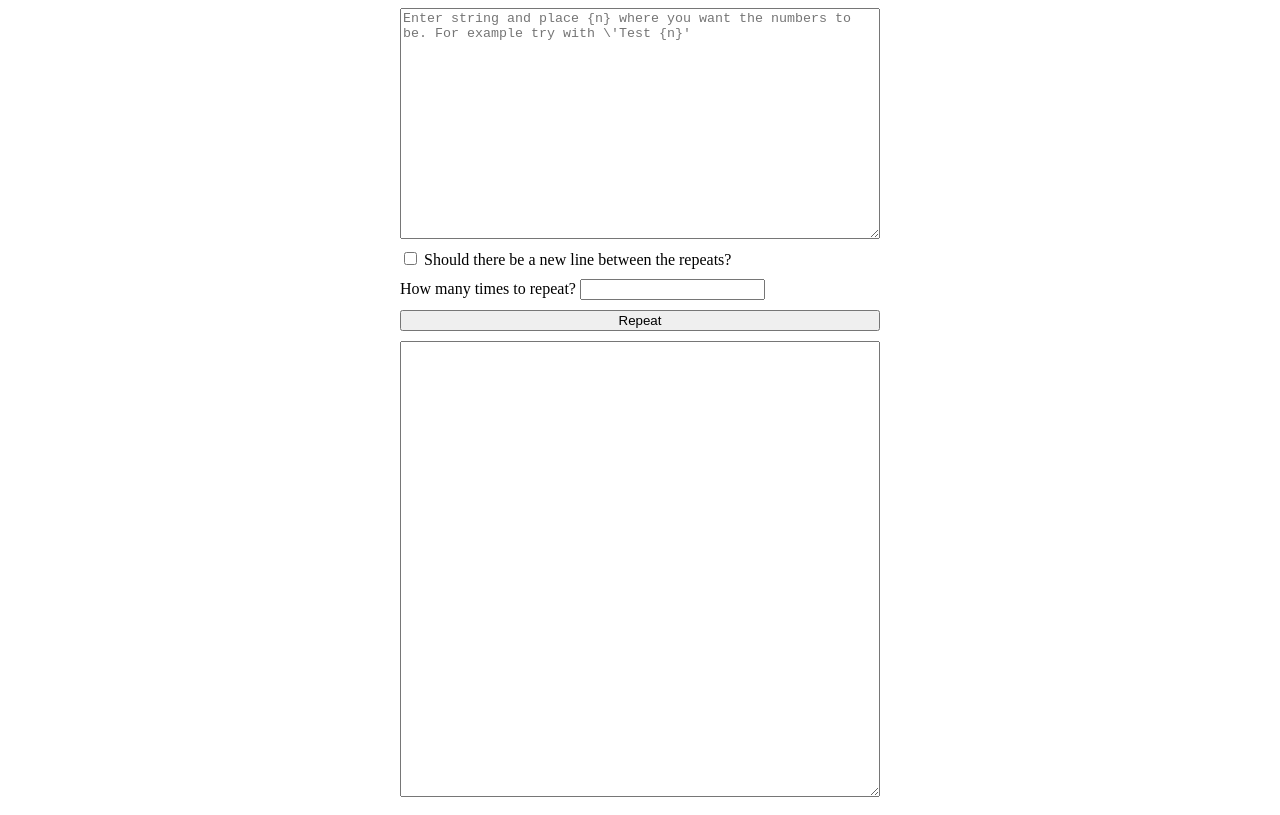
Repository: klothius/Online-string-repeater-with-numbers
Page: index.html
An editor plug-in stored every save of this project. The page is shown before and after the next save, followed by the edit.
The browser window is 1280 px wide. The pictures show the whole page.

Above is the page before, as saved 2019-05-10 07:34:38.

### index.html
<div class="container">
    <textarea
      rows="15"
      class="input"
      placeholder="Enter string and place {n} where you want the numbers to be. For example try with \'Test {n}'"
    ></textarea>
    <label>
      <input type="checkbox" class="add-newline">
      Should there be a new line between the repeats?
    </label>
    <label>How many times to repeat? <input type="text" class="repeat-number"></label>
    <button onClick="doWork()">Repeat</button>
    <textarea rows="30" class="output"></textarea>
</div>
<script>
function doWork () {
  let input = document.querySelector('textarea.input').value;
  let shouldAddNewLine = document.querySelector('.add-newline').checked;
  let repeatNumber = document.querySelector('.repeat-number').value;
  let output = "";
  for (let i = 1; i <= repeatNumber; i++) {
    if (shouldAddNewLine) {
      output += '\n';
    }
    output += input.replace('{n}', i);
  }
  document.querySelector('textarea.output').value = output;
}
</script>
<style>
.container {
  max-width: 480px;
  margin: auto;
  display: flex;
  flex-direction: column;
}
.container > * {
  margin-bottom: 10px;
}
</style>

After the next save:
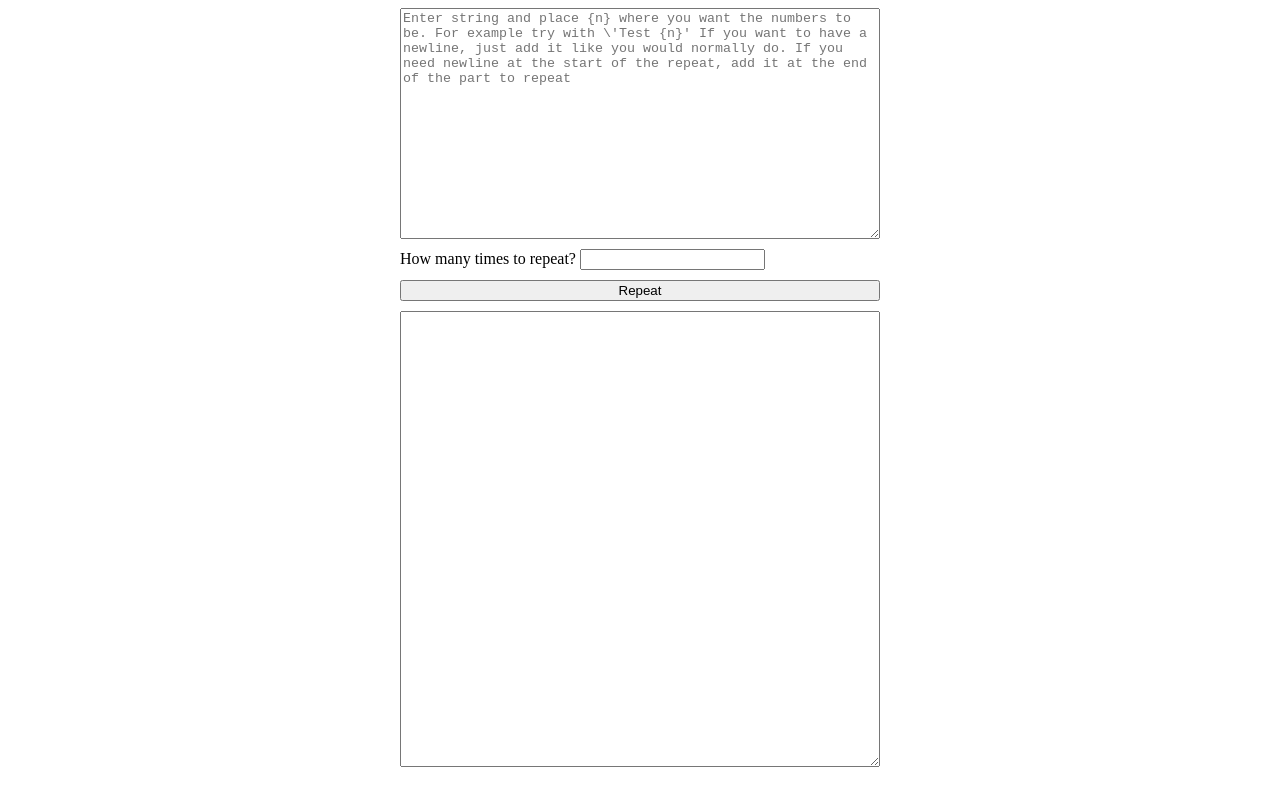
Saved 116 s later.
--- a/index.html
+++ b/index.html
@@ -2,12 +2,8 @@
     <textarea
       rows="15"
       class="input"
-      placeholder="Enter string and place {n} where you want the numbers to be. For example try with \'Test {n}'"
+      placeholder="Enter string and place {n} where you want the numbers to be. For example try with \'Test {n}' If you want to have a newline, just add it like you would normally do. If you need newline at the start of the repeat, add it at the end of the part to repeat"
     ></textarea>
-    <label>
-      <input type="checkbox" class="add-newline">
-      Should there be a new line between the repeats?
-    </label>
     <label>How many times to repeat? <input type="text" class="repeat-number"></label>
     <button onClick="doWork()">Repeat</button>
     <textarea rows="30" class="output"></textarea>
@@ -15,13 +11,9 @@
 <script>
 function doWork () {
   let input = document.querySelector('textarea.input').value;
-  let shouldAddNewLine = document.querySelector('.add-newline').checked;
   let repeatNumber = document.querySelector('.repeat-number').value;
   let output = "";
   for (let i = 1; i <= repeatNumber; i++) {
-    if (shouldAddNewLine) {
-      output += '\n';
-    }
     output += input.replace('{n}', i);
   }
   document.querySelector('textarea.output').value = output;
